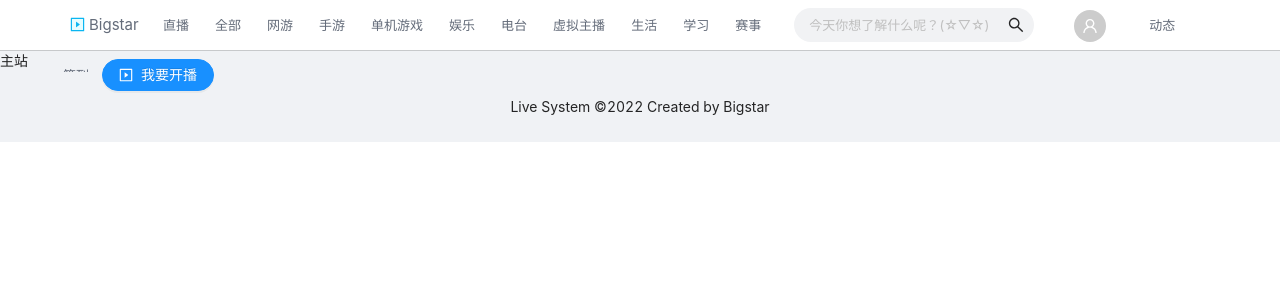
Repository: Bigstar-hyx/webrtc-react
Page: /
These files come from the project's save history. The page is drawn as it stood at one moment and after the next save; the edit follows.
The browser window is 1280 px wide. The pictures show the whole page.
The project was rebuilt for these pictures with package versions that can differ from the ones it lists, and the page was loaded fresh each time. Also part of the build but not shown: craco.config.js, webpack.config.js, src/pages/live/Index.css, src/pages/live/component/Content/Video/video.css, src/pages/live/component/Content/Video/Video.js, src/pages/live/component/Content/Comments/comments.css, src/pages/live/component/Content/Comments/TalkSend.js, src/pages/live/component/Content/Comments/Talk.js and 6 more.

Above is the page before, as saved 2022-01-30 18:44:23.

After the next save:
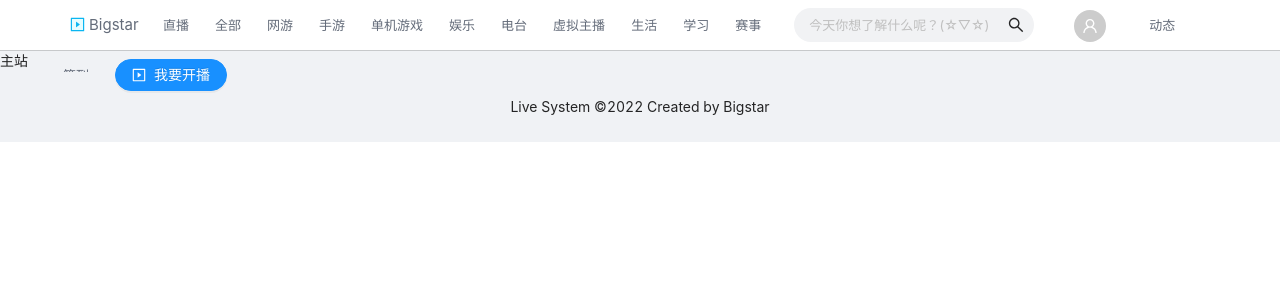
Saved 63 s later.
--- a/src/top/component/TopStart.js
+++ b/src/top/component/TopStart.js
@@ -12,11 +12,15 @@ function TopStart() {
         <li>
           <a href="">签到</a>
         </li>
+        <li>
+          <a href="">
+            <Button type="primary" shape="round">
+              <PlaySquareOutlined />
+              我要开播
+            </Button>
+          </a>
+        </li>
       </ul>
-      <Button type="primary" shape="round">
-        <PlaySquareOutlined />
-        我要开播
-      </Button>
     </div>
   )
 }
